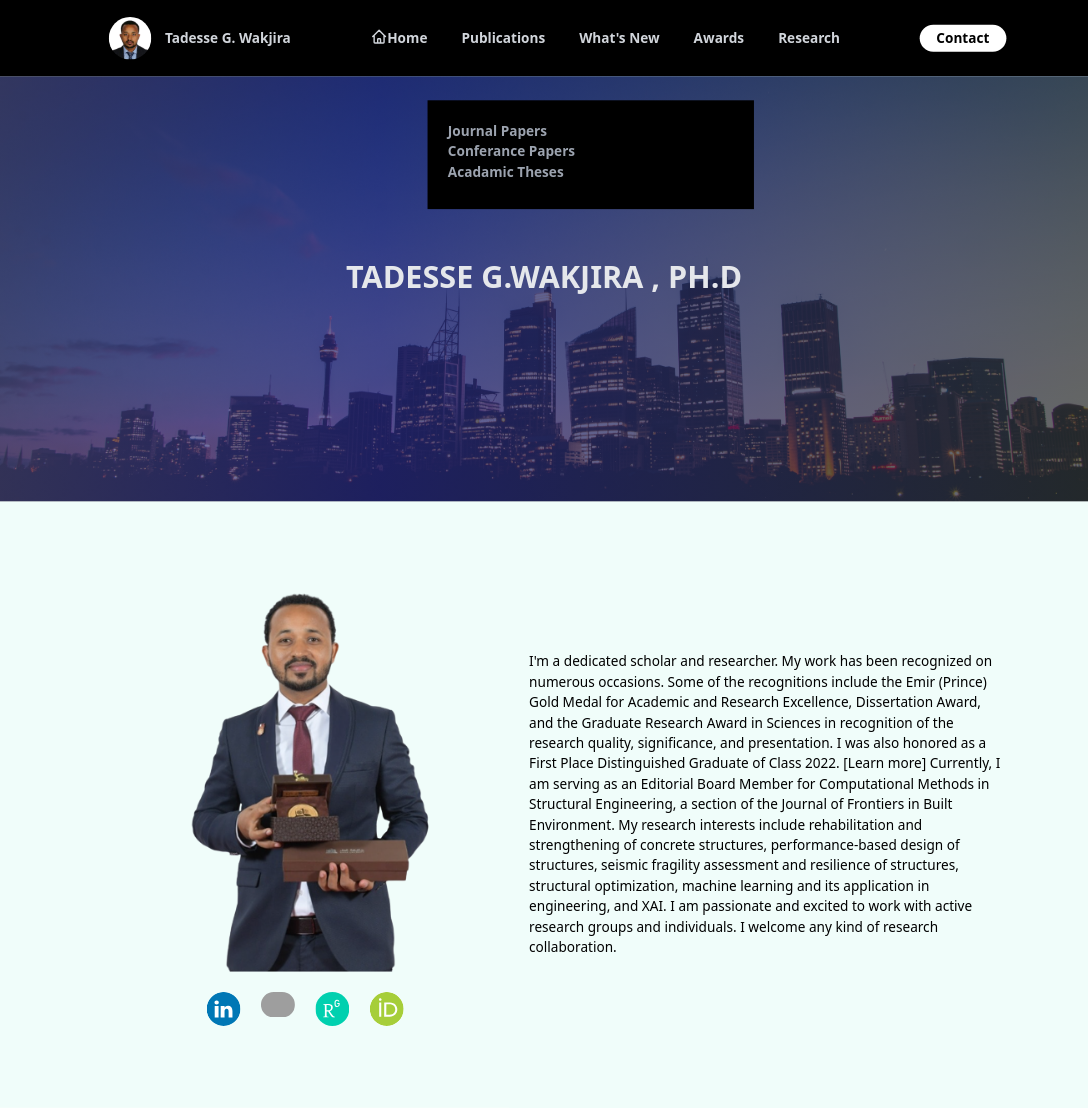
Repository: Elias-Kibret/Tade-portfoilo
Page: /
These files come from the project's save history. The page is drawn as it stood at one moment and after the next save; the edit follows.
The browser window is 1280 px wide. The pictures show the whole page, at 85% of full size.
Pictures or frames that could not be fetched are drawn as grey boxes. The project was rebuilt for these pictures with package versions that can differ from the ones it lists, and the page was loaded fresh each time. The framework's server and built-in components were replaced by stand-ins that run in the browser. Also part of the build but not shown: next.config.js.

Above is the page before, as saved 2022-06-28 13:41:08.

After the next save:
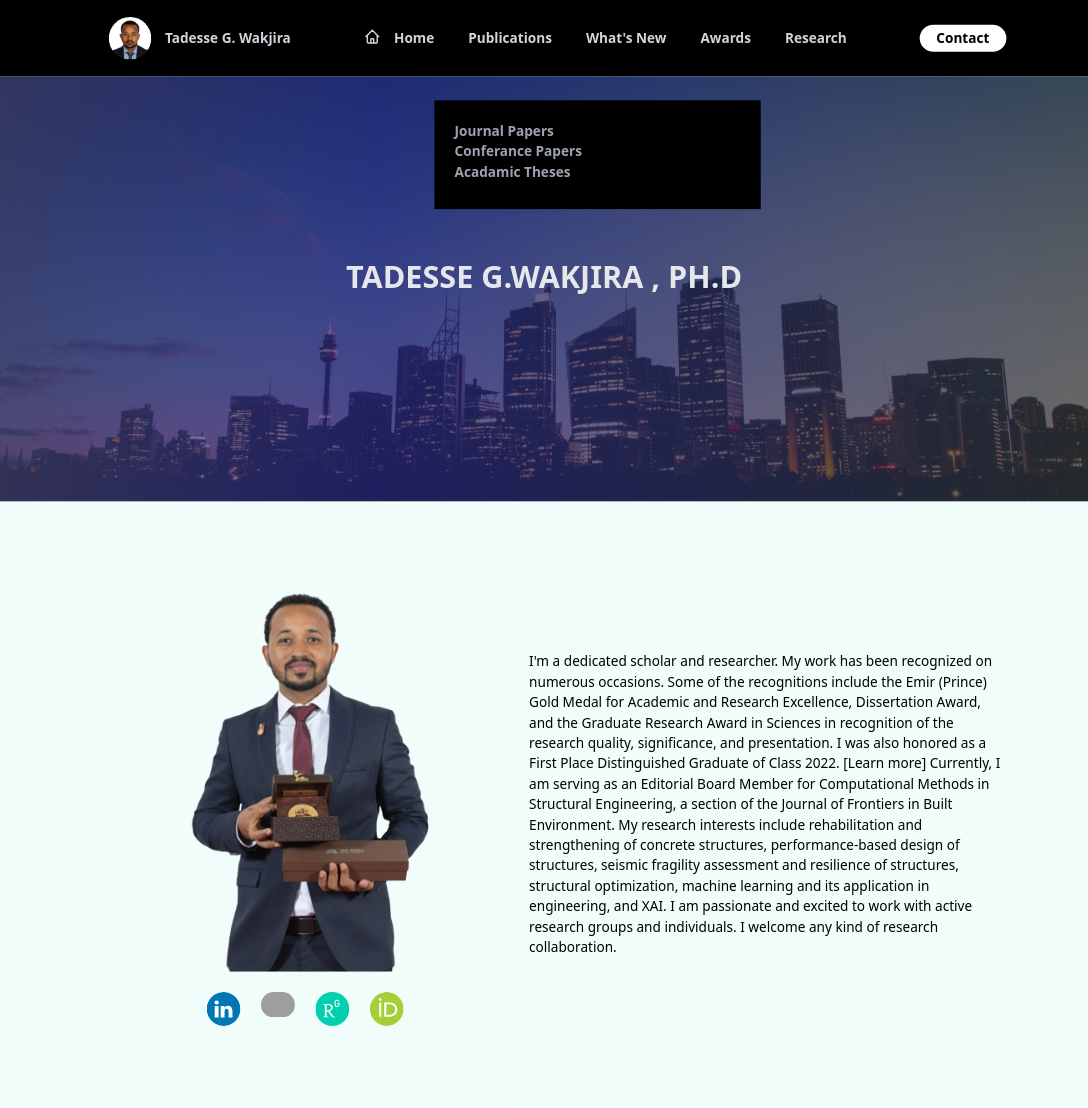
Saved 27 s later.
--- a/components/Header.tsx
+++ b/components/Header.tsx
@@ -14,7 +14,7 @@
         <nav className="flex list-none space-x-10  hidden md:inline-flex text-black-200">
             <li className="">
                 <Link href="/">
-                    <a className="hover-state flex space-x-2"><svg xmlns="http://www.w3.org/2000/svg" class="h-5 w-5 space-x-2" fill="none" viewBox="0 0 24 24" stroke="currentColor" stroke-width="2">
+                    <a className="hover-state flex space-x-2"><svg xmlns="http://www.w3.org/2000/svg" class="h-5 w-5 mr-4" fill="none" viewBox="0 0 24 24" stroke="currentColor" stroke-width="2">
                       <path stroke-linecap="round" stroke-linejoin="round" d="M3 12l2-2m0 0l7-7 7 7M5 10v10a1 1 0 001 1h3m10-11l2 2m-2-2v10a1 1 0 01-1 1h-3m-6 0a1 1 0 001-1v-4a1 1 0 011-1h2a1 1 0 011 1v4a1 1 0 001 1m-6 0h6" />
                     </svg> Home</a>
                 </Link>

After the 2 saves that followed:
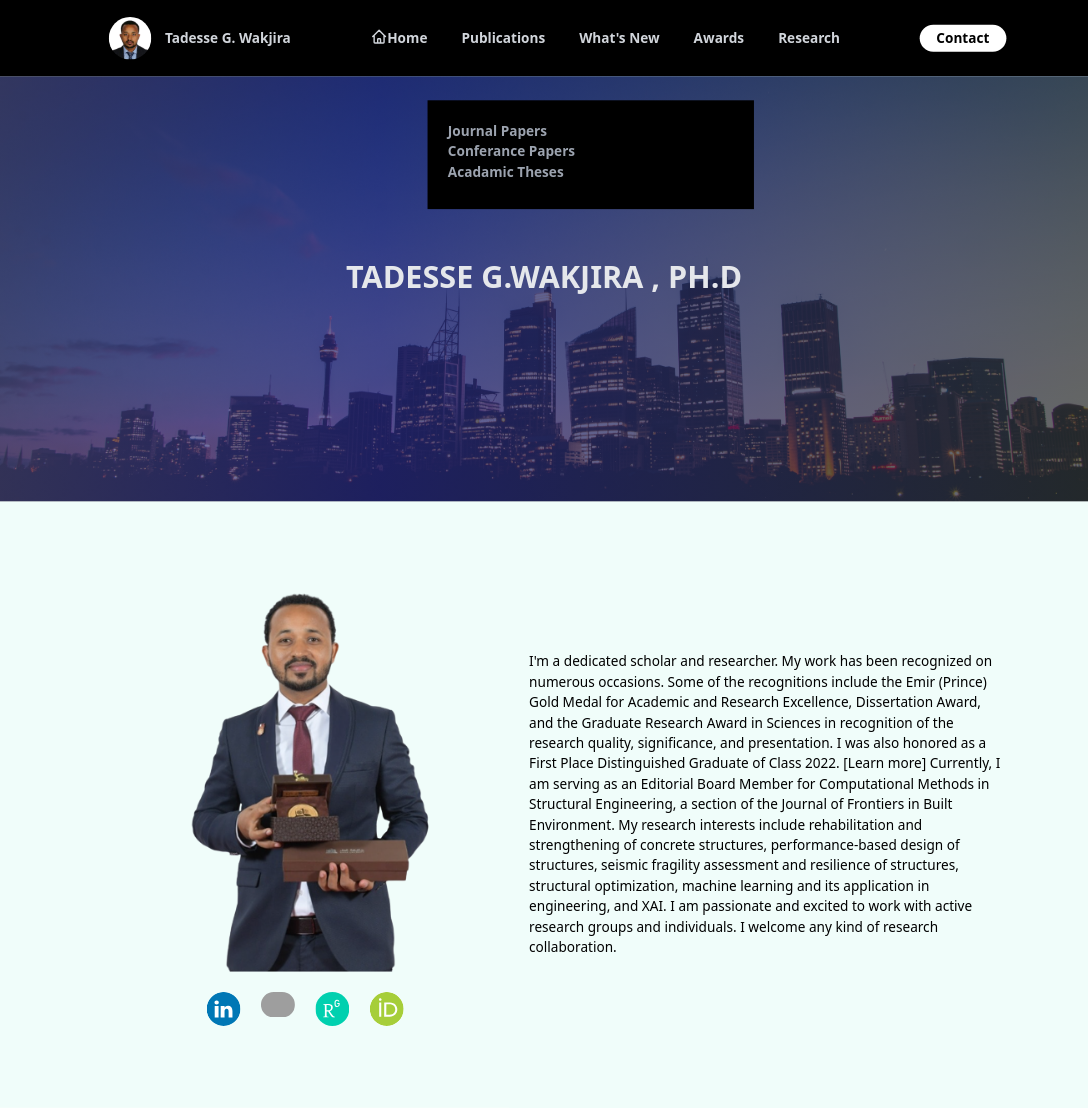
The 2 saves are shown as one change because they came seconds apart.
The last was saved 19 s later.
--- a/components/Header.tsx
+++ b/components/Header.tsx
@@ -14,7 +14,7 @@
         <nav className="flex list-none space-x-10  hidden md:inline-flex text-black-200">
             <li className="">
                 <Link href="/">
-                    <a className="hover-state flex space-x-2"><svg xmlns="http://www.w3.org/2000/svg" class="h-5 w-5 mr-4" fill="none" viewBox="0 0 24 24" stroke="currentColor" stroke-width="2">
+                    <a className="hover-state flex space-x-2"><svg className="space-x-2" xmlns="http://www.w3.org/2000/svg" class="h-5 w-5 " fill="none" viewBox="0 0 24 24" stroke="currentColor" stroke-width="2">
                       <path stroke-linecap="round" stroke-linejoin="round" d="M3 12l2-2m0 0l7-7 7 7M5 10v10a1 1 0 001 1h3m10-11l2 2m-2-2v10a1 1 0 01-1 1h-3m-6 0a1 1 0 001-1v-4a1 1 0 011-1h2a1 1 0 011 1v4a1 1 0 001 1m-6 0h6" />
                     </svg> Home</a>
                 </Link>
